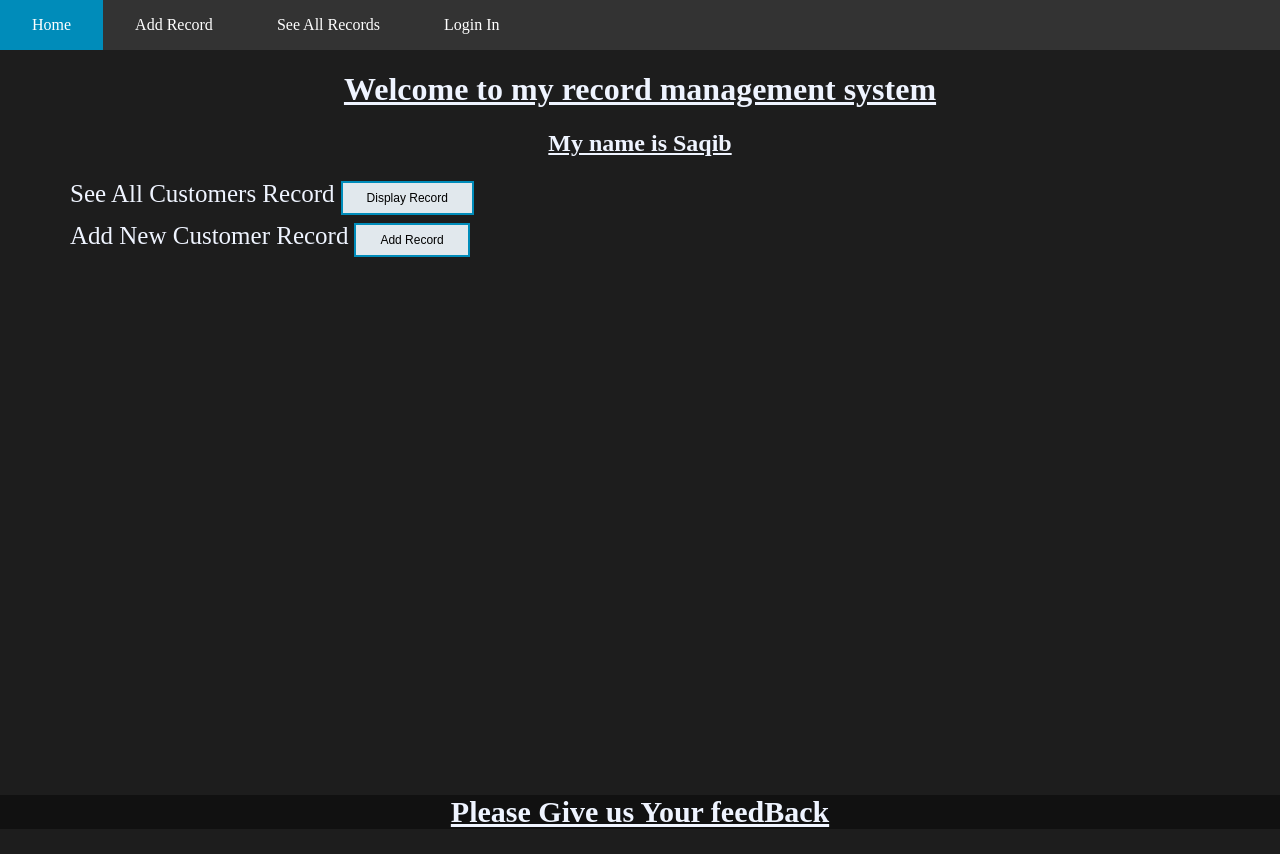
Repository: MUHAMMAD-SAQIB-2000/SpringBoot
Page: http://localhost/WebServiceRecordManagementSystem/home.jsp
These files come from the project's save history. The page is drawn as it stood at one moment and after the next save; the edit follows.
The browser window is 1280 px wide. The pictures show the whole page.
The pointer rests on the first visible `li a`.
The page is served by Tomcat 9.

Above is the page before, as saved 2020-08-12 14:10:25.

After the next save:
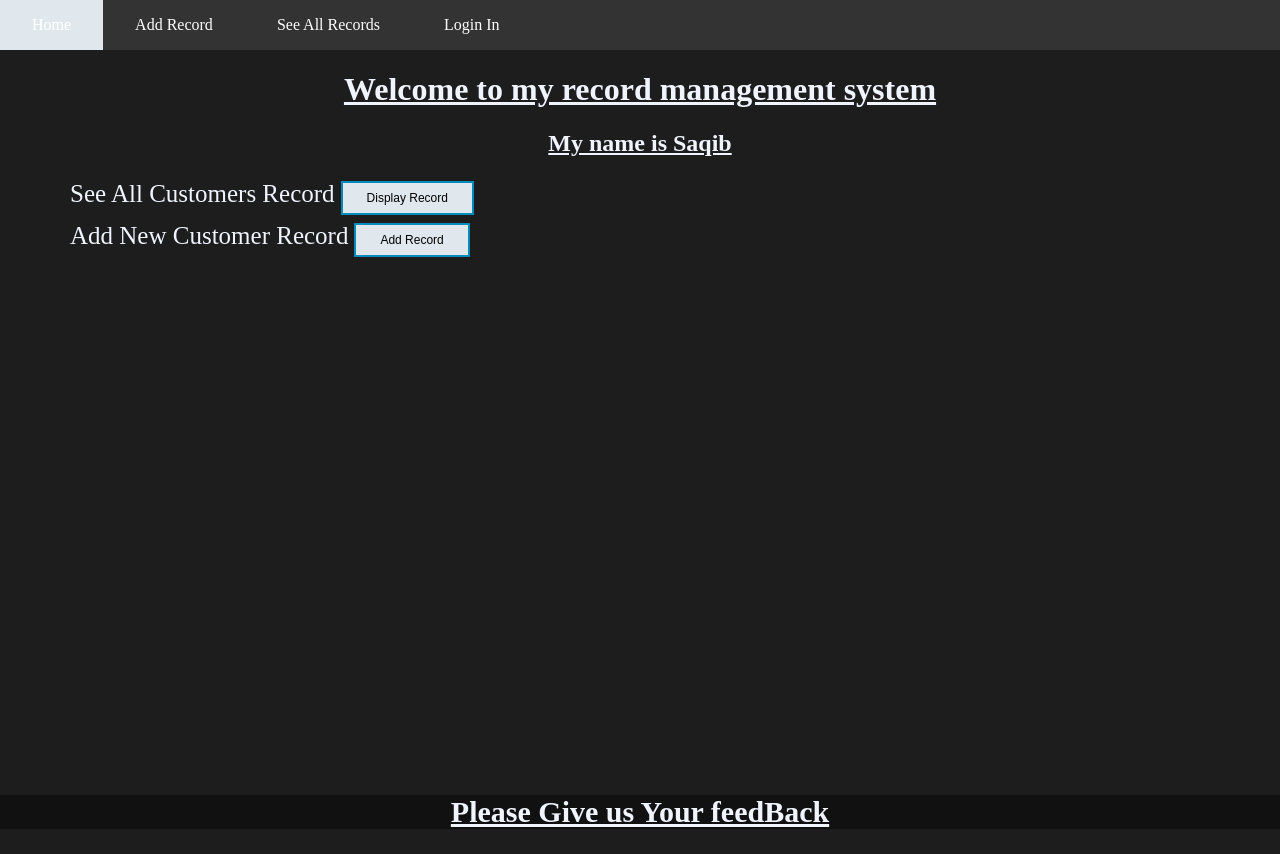
Saved 34 s later.
--- a/WebServiceRecordManagementSystem/src/main/webapp/style.css
+++ b/WebServiceRecordManagementSystem/src/main/webapp/style.css
@@ -31,7 +31,7 @@ li a {
 }
 
 li a:hover {
-	background-color:#008CBA;
+	background-color:#E1E8ED;
 	color:#fff;
 }
 
